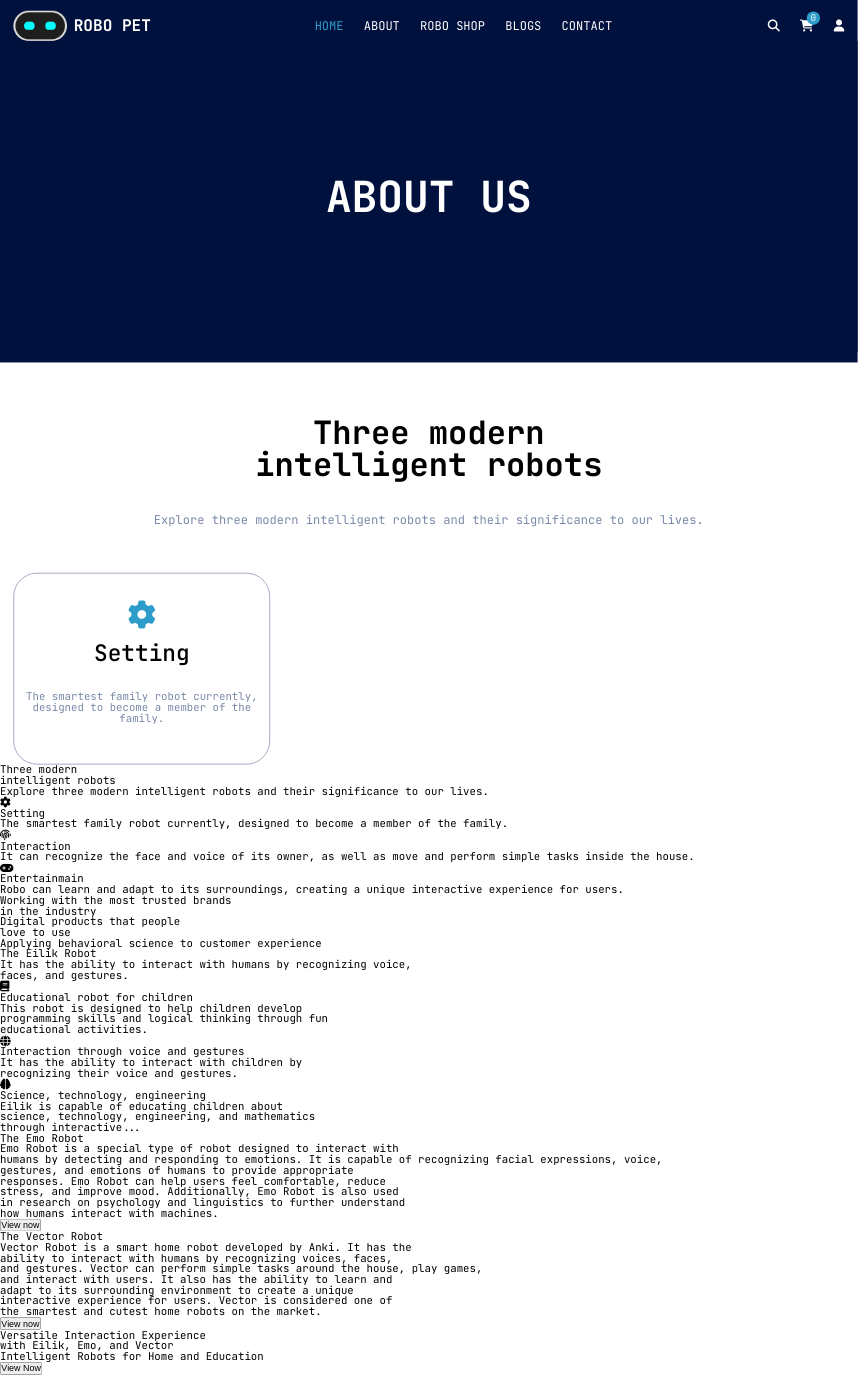
Repository: trietle101/du-an-1
Page: http://localhost/about.html
These files come from the project's save history. The page is drawn as it stood at one moment and after the next save; the edit follows.
The browser window is 1280 px wide. The pictures show the whole page, at 67% of full size.
The pointer rests on the first visible `.modern-item`.
Some web libraries are served in a nearby version. The page is run by PHP 8.4 with error messages shown; the project is at /var/www/html/.

Above is the page before, as saved 2023-03-12 22:48:53.

### about.html
<!DOCTYPE html>
<html lang="en">
  <head>
    <meta charset="UTF-8" />
    <meta http-equiv="X-UA-Compatible" content="IE=edge" />
    <meta name="viewport" content="width=device-width, initial-scale=1.0" />
    <title>About</title>
    <link rel="stylesheet" href="assets/css/reset.css" />
    <link rel="preconnect" href="https://fonts.googleapis.com" />
    <link rel="preconnect" href="https://fonts.gstatic.com" crossorigin />
    <link rel="stylesheet" href="assets/css/about.css">
    <link
      href="https://fonts.googleapis.com/css2?family=JetBrains+Mono:wght@300;400;500;700&display=swap"
      rel="stylesheet"
    />
    <script
      src="https://kit.fontawesome.com/08ee78edd1.js"
      crossorigin="anonymous"
    ></script>
  </head>
  <body>
    <header class="header">
      <div class="container">
        <nav class="header-nav">
          <a href="#" class="header-logo">
            <img src="assets/img/logo.png" />
            <span>ROBO PET</span>
          </a>

          <ul class="nav__list">
            <li class="nav__item">
              <a href="#" class="nav__link active">Home</a>
            </li>
            <li class="nav__item">
              <a href="#" class="nav__link">About</a>
            </li>
            <li class="nav__item">
              <a href="#" class="nav__link">Robo shop</a>
            </li>
            <li class="nav__item">
              <a href="#" class="nav__link">Blogs</a>
            </li>
            <li class="nav__item">
              <a href="#" class="nav__link">Contact</a>
            </li>
          </ul>

          <ul class="nav__list">
            <li class="nav__item">
              <a href="" class="nav__link"
                ><i class="fa-solid fa-magnifying-glass"></i
              ></a>
            </li>
            <li class="nav__item">
              <a href="" class="nav__link absolute">
                <i class="fa-solid fa-cart-shopping"></i>
                <span>0</span>
              </a>
            </li>
            <li class="nav__item">
              <a href="" class="nav__link"><i class="fa-solid fa-user"></i></a>
            </li>
          </ul>
        </nav>
      </div>
      <div class="header-banner">
        <div class="container">
          <h1 class="banner-title">ABOUT US</h1>
        </div>
      </div>
    </header>
    <section class="modern">
      <div class="container">
        <h2 class="modern-title">Three modern <br> intelligent robots</h2>
        <p class="modern-desc">Explore three modern intelligent robots and their significance to our lives.</p>
        <div class="modern-box">
          <div class="modern-item">
            <div class="modern-center">
              <i class="fa-solid fa-gear"></i>
              <h3 class="modern-box-title">Setting</h3>
              <p class="modern-box-desc">The smartest family robot currently, designed to become a member of the family.</p>
            </div>
          </div>
        </div>
      </div>
    </section>

    <!--phần banner-->
    <div class="banner">
           </div>
           <div class="name2">
            <h2>Three modern <br>
              intelligent robots</h2>
            <p>Explore three modern intelligent robots and their significance to our lives.</p>

        <div class="box-top">
            <div class="namebox">
                <i class="fa-solid fa-gear"></i>
                <h3>Setting</h3>
                <p>The smartest family robot currently, designed to become a member of the family.</p>
            </div>


            <div  class="namebox">
              <i class="fa-solid fa-fingerprint"></i>
                <h3>Interaction</h3>
                <p>It can recognize the face and voice of its owner, as well as move and perform simple tasks inside the house.</p>
            </div>


            <div class="namebox">
              <i class="fa-solid fa-gamepad"></i>
                <h3>Entertainmain</h3>
                <p>Robo can learn and adapt to its surroundings, creating a unique interactive experience for users.</p>
            </div>
        </div>

        <div class="name2">
          <h2>Working with the most trusted brands <br> in the industry</h2>
        </div>

        <div class="banner2">
        </div>
        <div class="namebanner2">
          <h4>Digital products that people <br> love to use</h4>
          <p>Applying behavioral science to customer experience</p>
          <div class="box-text">
            <h5>The Eilik Robot</h5>
            <p>It has the ability to interact with humans by recognizing voice,<br> faces, and gestures.</p>
               <div class="box-content">
                <i class="fa-solid fa-book"></i>
                <h6>Educational robot for children</h6>
                <p>This robot is designed to help children develop <br> programming skills and logical thinking through fun <br> educational activities.</p>
               </div>

               <div class="box-content">
                <i class="fa-solid fa-globe"></i>
                <h6>Interaction through voice and gestures</h6>
                <p>It has the ability to interact with children by <br> recognizing their voice and gestures.</p>
               </div>

               <div class="box-content">
                <i class="fa-solid fa-brain"></i>
                <h6>Science, technology, engineering</h6>
                <p> Eilik is capable of educating children about <br> science, technology, engineering, and mathematics <br> through interactive...</p>
               </div>

          </div>
          <div class="box-content2">
            <h6>The Emo Robot</h6>
            <p>Emo Robot is a special type of robot designed to interact with <br> humans by detecting and responding to emotions.

              It is capable of recognizing facial expressions, voice,<br>  gestures, and emotions of humans to provide appropriate <br> responses. Emo Robot can help users feel comfortable, reduce <br> stress, and improve mood. Additionally, Emo Robot is also used <br> in research on psychology and linguistics to further understand <br> how humans interact with machines.</p>
          </div>

          <button>View now</button>

          <div class="box-content3">
            <h6>The Vector Robot</h6>
            <p>Vector Robot is a smart home robot developed by Anki. It has  the <br> ability to interact with humans by recognizing voices, faces, <br> and gestures.

              Vector can perform simple tasks around the house, play games, <br> and interact with users. It also has the ability to learn and <br> adapt to its surrounding environment to create a unique <br> interactive experience for users. Vector is considered one of <br> the smartest and cutest home robots on the market.</p>
              <button>View now</button>
            </div>
        </div>
        <div class="endbanner">
          <h2>Versatile Interaction Experience <br> with Eilik, Emo, and Vector</h2>
                <p>Intelligent Robots for Home and Education</p>
                <button>View Now</button>
        </div>
  </body>
  <script src="assets/script/script.js"></script>
</html>

### assets/css/reset.css
/* http://meyerweb.com/eric/tools/css/reset/
   v2.0 | 20110126
   License: none (public domain)
*/
html,
body,
div,
span,
applet,
object,
iframe,
h1,
h2,
h3,
h4,
h5,
h6,
p,
blockquote,
pre,
a,
abbr,
acronym,
address,
big,
cite,
code,
del,
dfn,
em,
img,
ins,
kbd,
q,
s,
samp,
small,
strike,
strong,
sub,
sup,
tt,
var,
b,
u,
i,
center,
dl,
dt,
dd,
ol,
ul,
li,
fieldset,
form,
label,
legend,
table,
caption,
tbody,
tfoot,
thead,
tr,
th,
td,
article,
aside,
canvas,
details,
embed,
figure,
figcaption,
footer,
header,
hgroup,
menu,
nav,
output,
ruby,
section,
summary,
time,
mark,
audio,
video {
  margin: 0;
  padding: 0;
  border: 0;
  font-size: 100%;
  font: inherit;
  vertical-align: baseline;
}

/* HTML5 display-role reset for older browsers */
article,
aside,
details,
figcaption,
figure,
footer,
header,
hgroup,
menu,
nav,
section {
  display: block;
}

body {
  line-height: 1;
}

ol,
ul {
  list-style: none;
}

blockquote,
q {
  quotes: none;
}

blockquote:before,
blockquote:after,
q:before,
q:after {
  content: "";
  content: none;
}

table {
  border-collapse: collapse;
  border-spacing: 0;
}

*,
*:after,
*:before {
  margin: 0;
  padding: 0;
  box-sizing: border-box;
}
ul,
li {
  list-style-type: none;
}
a {
  text-decoration: none;
}

### assets/css/about.css
:root {
  --primary-color: #00113d;
  --secondary-color: #2e9cca;
}

html {
  box-sizing: border-box;
}

img {
  display: block;
  max-width: 100%;
}

body {
  font-family: "JetBrains Mono", sans-serif;
  min-height: 100vh;
  margin: 0;
}
header {
  background: var(--primary-color);
  padding: 1em 0;
  width: 100%;
}
.container {
  max-width: 1240px;
  margin: 0 auto;
}

.header-nav {
  display: flex;
  justify-content: space-between;
  align-items: center;
  flex-wrap: nowrap;
}

.header-logo {
  display: flex;
  justify-content: center;
  align-items: center;
}

.header-logo span {
  text-decoration: none;
  color: #fff;
  font-size: 24px;
  font-weight: bold;
  margin-right: 0.5em;
  margin-left: 10px;
}

.nav__list {
  display: flex;
  justify-content: space-between;
  align-items: center;
  flex-wrap: nowrap;
}

.nav__item:not(:first-child) {
  margin-left: 30px;
}

.nav__link {
  color: #fff;
  text-decoration: none;
  text-transform: uppercase;
  transition: 0.3s ease-in-out;
  font-size: 18px;
}

.nav__link.active {
  color: var(--secondary-color);
}

.nav__link:hover {
  color: var(--secondary-color);
}

.nav__link:hover span {
  color: var(--secondary-color);
  background-color: #fff;
}

.nav__link.absolute {
  position: relative;
}

.nav__link span {
  position: absolute;
  display: inline-block;
  background-color: var(--secondary-color);
  width: 20px;
  height: 20px;
  font-size: 14px;
  text-align: center;
  padding-top: 2px;
  border-radius: 50%;
  top: -10px;
  left: 10px;
  transition: 0.3s ease-in-out;
}

.line-effect {
  width: 0;
  height: 2px;
  background-color: var(--secondary-color);
  position: fixed;
  pointer-events: none;
  transition: all 0.25s linear;
}
.header-banner {
  width: 100%;
  max-height: 500px;
  margin: 0 auto;
  background-color: #00113d;
  padding: 200px 0;
}
.banner-title {
  font-weight: 700;
  font-size: 64px;
  color: #fff;
  text-transform: uppercase;
  text-align: center;
}
.modern {
  padding-top: 80px;
}
.modern-title {
  font-weight: 700;
  font-size: 48px;
  text-align: center;
}
.modern-desc {
  font-weight: 400;
  font-size: 18px;
  color: #7b88a8;
  text-align: center;
  margin-top: 50px;
}
.modern-box {
  margin-top: 70px;
  display: flex;
  justify-content: space-between;
  align-items: center;
  flex-wrap: nowrap;
}
.modern-item {
  max-width: calc(33.33% - 30px);
  border: 1px solid #7b88a8;
  border-radius: 35px;
}
.modern-item i {
  font-size: 42px;
  color: var(--secondary-color);
  margin-top: 40px;
}
.modern-center {
  text-align: center;
}
.modern-box-title {
  font-weight: 500;
  font-size: 34px;
  margin-top: 20px;
  margin-bottom: 40px;
}
.modern-box-desc {
  font-weight: 400;
  font-size: 16px;
  color: #7b88a8;
  margin-bottom: 60px;
}

### assets/script/script.js
window.addEventListener("load", function () {
  // --- Menu ---
  const links = [...document.querySelectorAll(".nav__link")];
  links.forEach((item) => item.addEventListener("mouseenter", handleHoverLink));
  const line = document.createElement("div");
  line.classList = "line-effect";
  document.body.appendChild(line);

  function handleHoverLink(event) {
    const { left, top, width, height } = event.target.getBoundingClientRect();
    const offsetBottom = 5;
    line.style.width = `${width}px`;
    line.style.left = `${left}px`;
    line.style.top = `${top + height + offsetBottom}px`;
  }
  const menu = document.querySelector(".nav__list");
  menu.addEventListener("mouseleave", function () {
    line.style.width = 0;
  });

  const nav = document.querySelectorAll(".nav__link");
  nav.forEach((item) => {
    item.addEventListener("click", () => {
      nav.forEach((item) => {
        item.classList.remove("active");
      });
      item.classList.add("active");
    });
  });
});

After the next save:
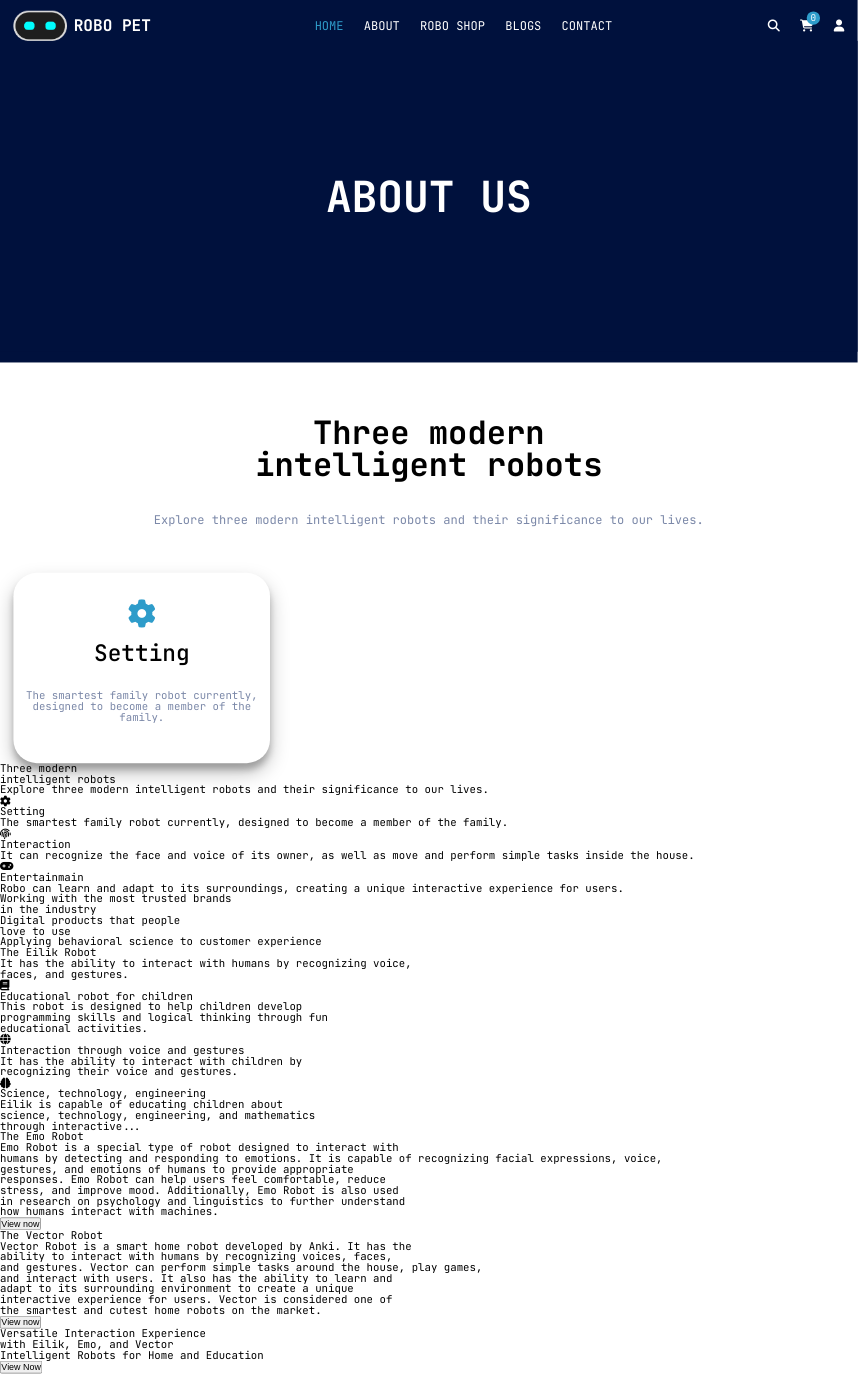
Saved 2 min 21 s later.
--- a/assets/css/about.css
+++ b/assets/css/about.css
@@ -169,3 +169,7 @@
   color: #7b88a8;
   margin-bottom: 60px;
 }
+.modern-item:hover {
+  border: none;
+  box-shadow: 0 14px 28px rgba(0, 0, 0, 0.25), 0 10px 10px rgba(0, 0, 0, 0.22);
+}
